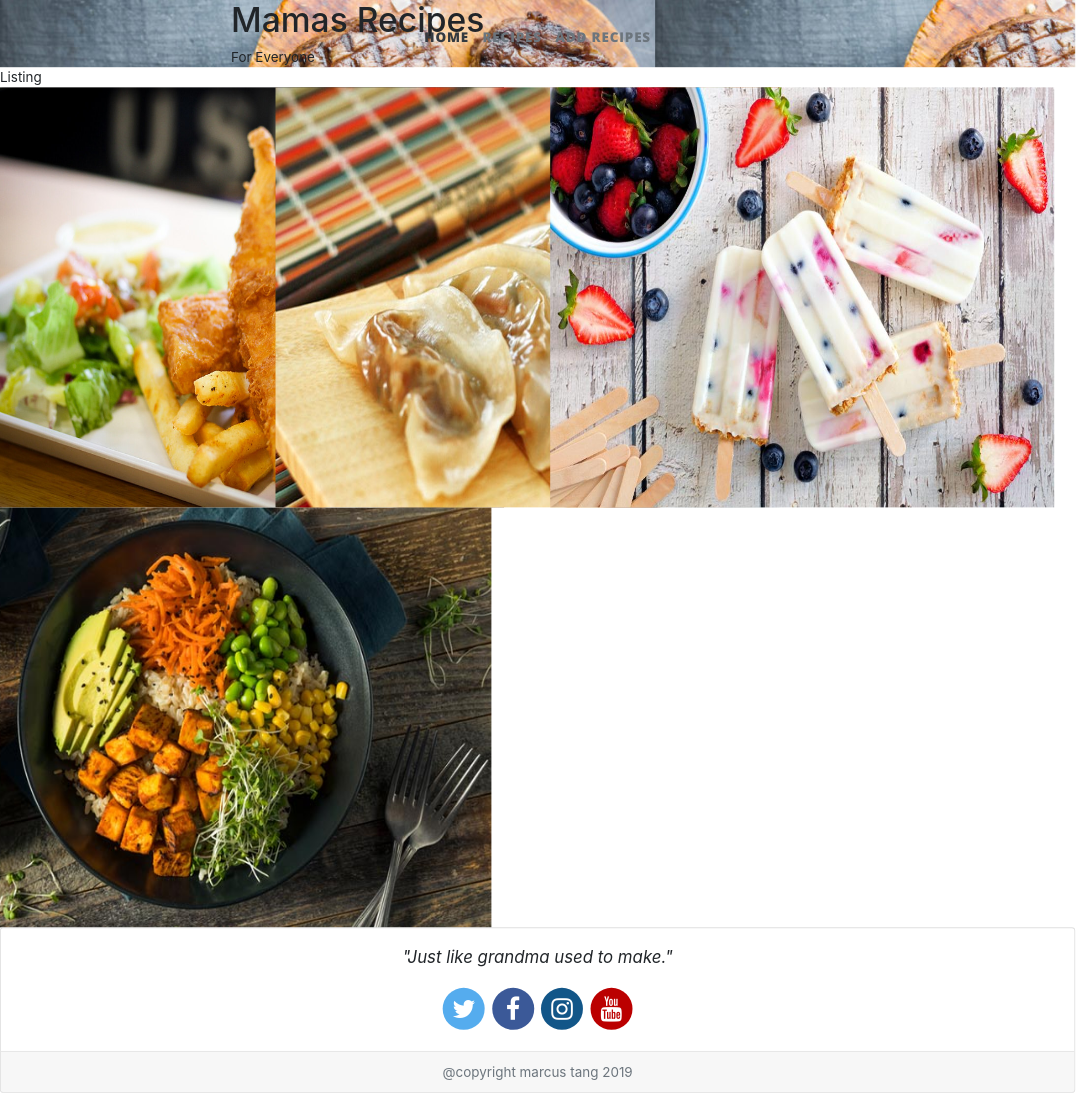
Repository: marstangg/mamasrecipes
Page: templates/index.html
The author's editor kept a record of every edit. The page is drawn from the files as they stood at one moment, then again after the next edit.
The browser window is 1280 px wide. The page is 1295 px wide, so the pictures cover 1295 px, including what lies to the right of the window. The pictures show the whole page, at 84% of full size.
Some web libraries are served in a nearby version. The template is drawn by Flask 3. The application's start-up code is not run. The template is opened directly, without the code that normally fills it, so the values that code supplies are empty.

Above is the page before.

After the next edit:
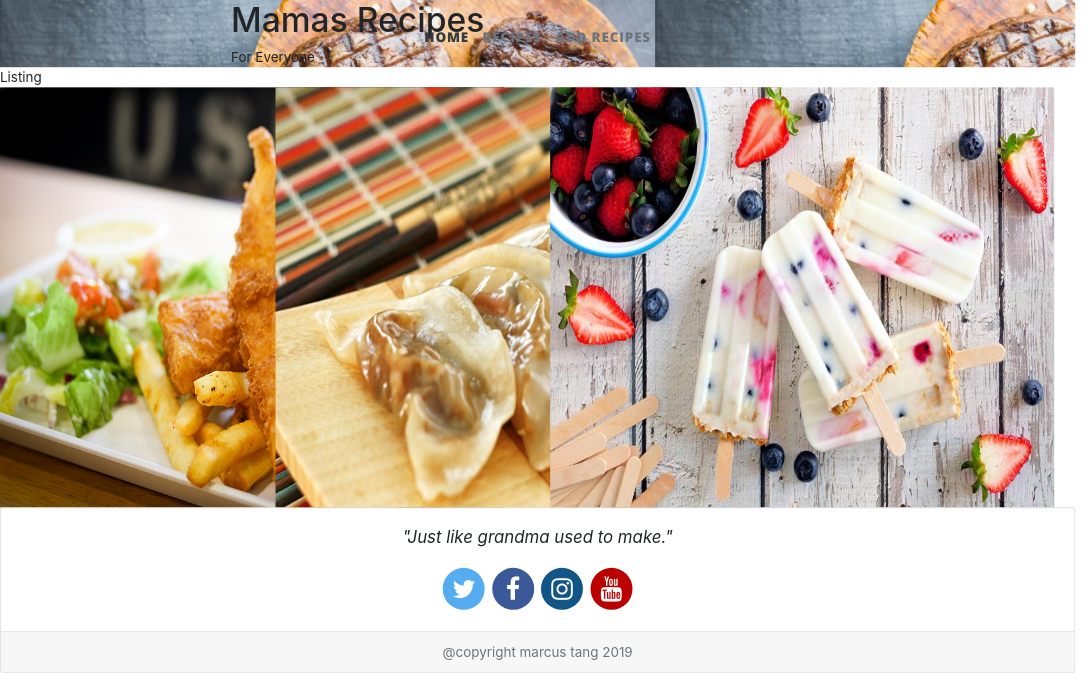
The edit:
--- a/templates/index.html
+++ b/templates/index.html
@@ -30,6 +30,6 @@
 
     </div>
 
-    <img src="static/img/vege.jpg" alt="veg"width="600" height="500">
+
   </div>
 {% endblock %}
